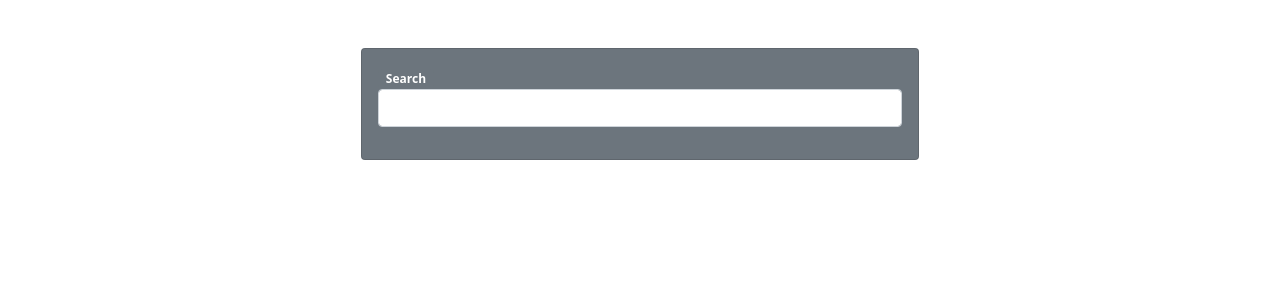
Repository: Hits-95/Spring
Page: http://localhost/SpringMVC_Search/home
The author's editor kept a copy of each file at every save. The page is drawn from the files as they stood at one save, then again after the next save.
The browser window is 1280 px wide. The pictures show the whole page.
The page is served by Tomcat 9.

Above is the page before, as saved 2021-04-10 07:02:19.

After the next save:
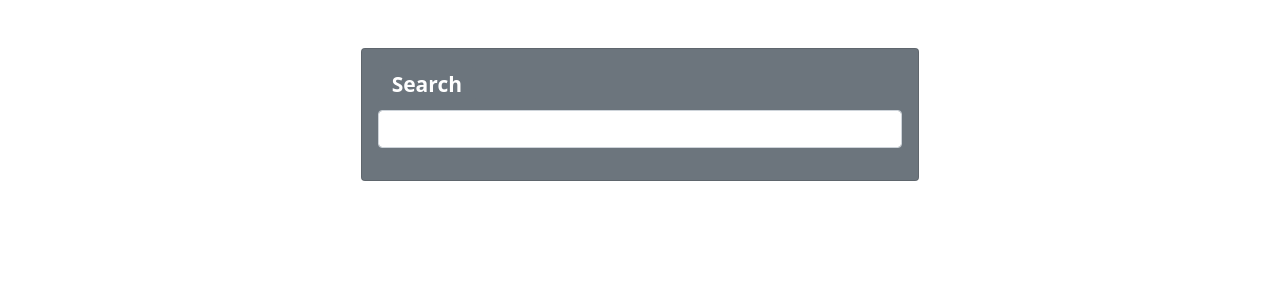
Saved 46 s later.
--- a/SpringMVC_Search/src/main/webapp/WEB-INF/views/home.jsp
+++ b/SpringMVC_Search/src/main/webapp/WEB-INF/views/home.jsp
@@ -14,10 +14,10 @@
 			<div class="card-body">
 				<form action="">
 					<div class="mb-3">
-						<label for="search" class="form-primary"><span
-							class="badge bg-secondary"> Search</span></label> <input type="text"
-							class="form-control" id="querybox" name="querybox"
-							aria-describedby="emailHelp">
+						<label for="search" class="form-primary"><h3>
+								<span class="badge bg-secondary"> Search</span>
+							</h3></label> <input type="text" class="form-control" id="querybox"
+							name="querybox" aria-describedby="emailHelp">
 
 					</div>
 				</form>
